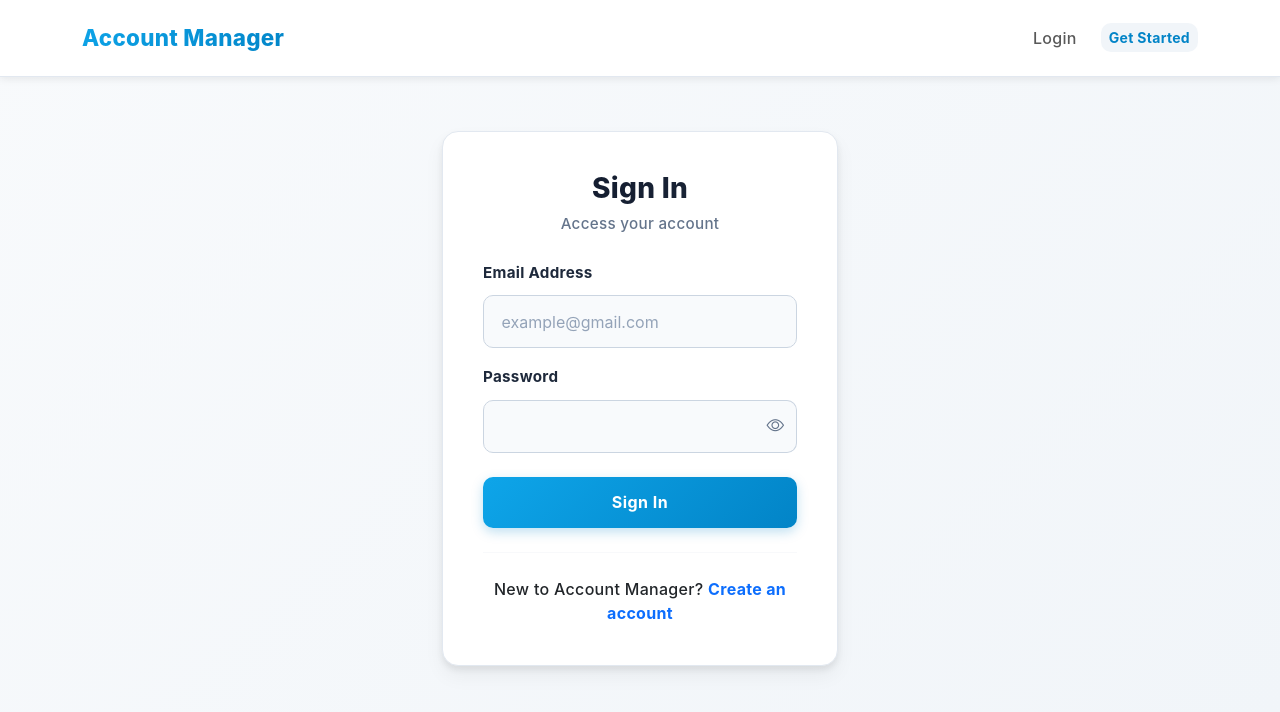
Repository: dharmik2910/Chaintech-Account-Manager
Page: /
These files come from the project's save history. The page is drawn as it stood at one moment and after a run of saves; the edit follows.
The browser window is 1280 px wide. The pictures show the whole page.
The project was rebuilt for these pictures with package versions that can differ from the ones it lists, and the page was loaded fresh each time. Also part of the build but not shown: vite.config.js, src/pages/AccountPage.jsx, src/pages/RegisterPage.jsx.

Above is the page before, as saved 2025-12-16 20:43:10.

After the next 3 saves:
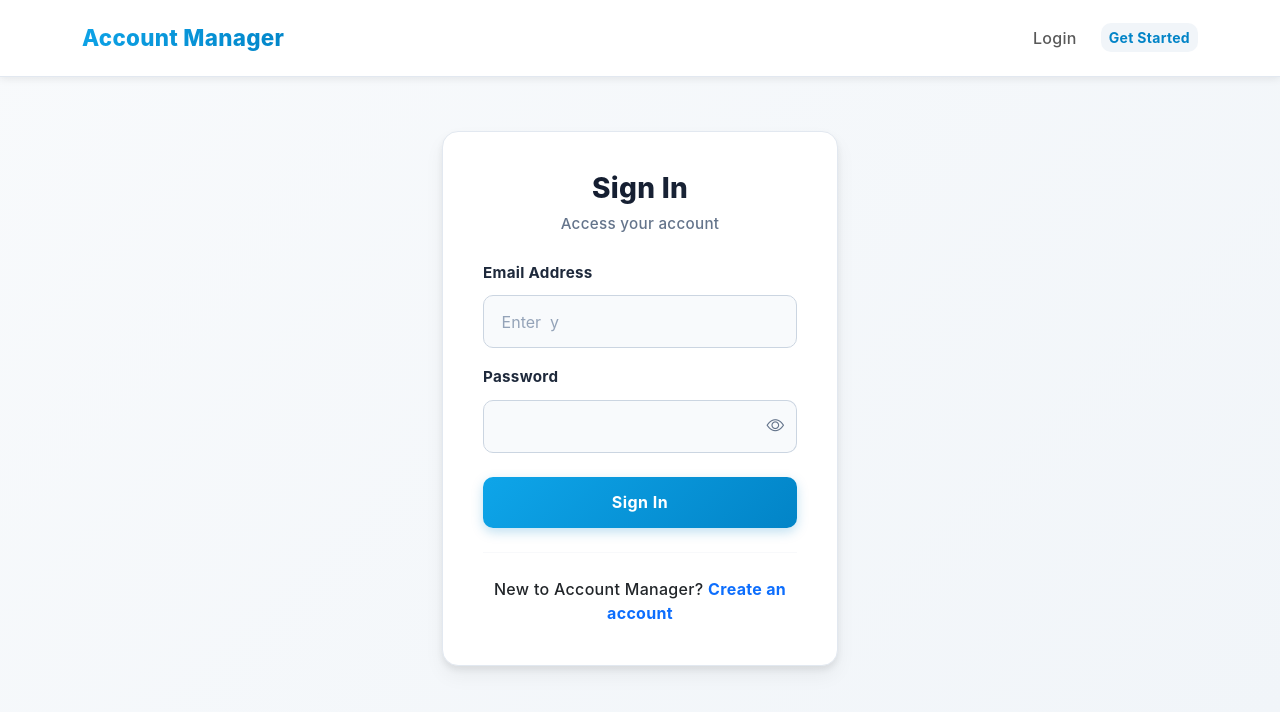
The 3 saves are shown as one change because they came seconds apart.
The last was saved 42 s later.
--- a/src/pages/LoginPage.jsx
+++ b/src/pages/LoginPage.jsx
@@ -93,7 +93,7 @@ function LoginPage() {
                   className={`form-control ${errors.email ? 'is-invalid' : ''}`}
                   value={email}
                   onChange={(e) => handleFieldChange('email', e.target.value)}
-                  placeholder="example@gmail.com"
+                  placeholder="Enter  y"
                   required
                 />
                 {errors.email && (
